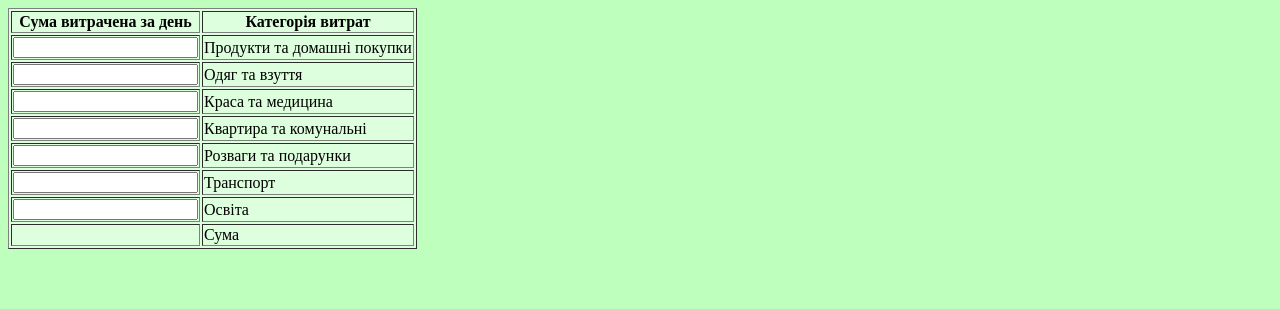
Repository: alexandrastarovoyda-star/Planer2
Page: index.html
These files come from the project's save history. The page is drawn as it stood at one moment and after the next save; the edit follows.
The browser window is 1280 px wide. The pictures show the whole page.

Above is the page before, as saved 2026-03-24 17:07:24.

After the next save:
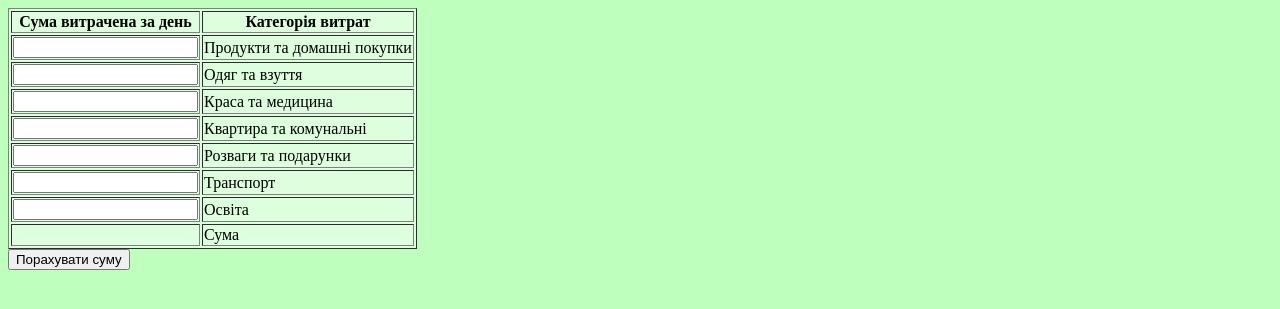
Saved 38 s later.
--- a/index.html
+++ b/index.html
@@ -13,6 +13,7 @@
                 <th>Категорія витрат</th>
             </tr>
         </table>
+        <button>Порахувати суму</button>
     <script src="js/index.js"></script>
     </body>
 </html>
